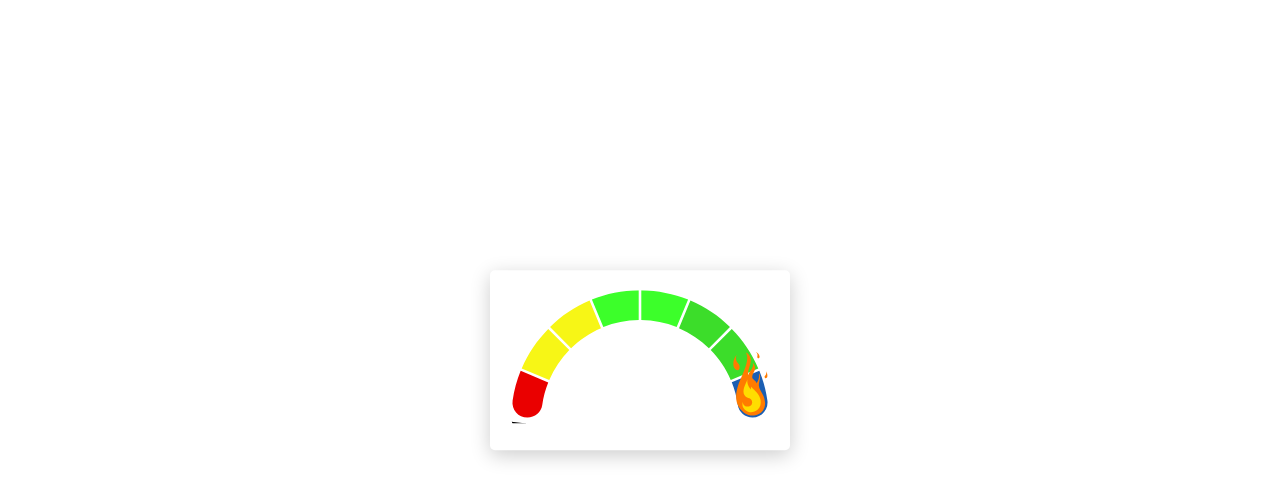
Repository: shubhampirate/TIAA_Retirement_hackathon
Page: /
The author's editor kept a copy of each file at every save. The page is drawn from the files as they stood at one save, then again after the next save.
The browser window is 1280 px wide. The pictures show the whole page.
The project was rebuilt for these pictures with package versions that can differ from the ones it lists, and the page was loaded fresh each time. Also part of the build but not shown: src/Components/CustomButton.jsx, src/Components/Navbar.jsx, src/Components/Properties.jsx, src/Components/Footer.jsx, src/Components/Hero.jsx, src/pages/Sign_In.jsx, src/Components/listItems.jsx, src/Components/Deposits.jsx and 3 more.

Above is the page before, as saved 2023-11-15 15:23:06.

### src/index.css
@import url("https://fonts.googleapis.com/css2?family=Poppins:wght@400;500;700&display=swap");

* {
  margin: 0;
  padding: 0;
  box-sizing: border-box;
  font-family: "Poppins", sans-serif;
}

body {
  margin: 0;
  -webkit-font-smoothing: antialiased;
  -moz-osx-font-smoothing: grayscale;
}

code {
  font-family: source-code-pro, Menlo, Monaco, Consolas, "Courier New",
    monospace;
}

### src/App.jsx
import Hero from "./Components/Hero";
import SignIn from "./pages/Sign_In";
import Dashboard from "./Components/Dashboard";
import GaugeChart from "./Components/GaugeChart"


function App() {
  return (
    <>
      {/* <Hero /> */}
      {/* <SignIn/> */}
      {/* <Dashboard /> */}
      <GaugeChart />
    </>
  );
}

export default App;

### src/Components/GaugeChart.jsx
import React, { useEffect } from 'react';

const GaugeChart = () => {
  const GaugeChart_SetPercent = (el, _perc) => {
    el.dataset.percent = _perc;
    console.log(el.querySelector(".text"));
  };

  const GaugeChart_BehaviorInit = () => {
    document.querySelectorAll(".gauge-box").forEach(function (el, index) {
      GaugeChart_Animate(el);
      return;
    });
  };

  const GaugeChart_Animate = (el) => {
    var pointer = el.querySelector(".pointer");

    if (!pointer) return;

    console.log("OK");
    var percent_deg = 1.8;
    if (el.dataset.percent) {
      var _perc = parseInt(el.dataset.percent);
      var _percFrom = 0;
      var percent_deg_style = _perc * percent_deg - 90;
      if (percent_deg_style < -90) percent_deg_style = -90;
      if (percent_deg_style > 90) percent_deg_style = 90;

      pointer.style.transform = "rotateZ(-90deg)";

      var indicator_index;

      for (var i = 0; i < 7; i++) {
        var piece_percent = 100 / 8;
        if (CheckBetween(_perc, piece_percent * i, piece_percent * (i + 1))) {
          indicator_index = i + 1;
          console.log(indicator_index + 1);
          break;
        }
      }

      var piece_sel = el.querySelector(".p-" + indicator_index);
      if (piece_sel) {
        piece_sel.classList.add("selected");
      }

      setInterval(function () {
        pointer.style.transform = "rotateZ(" + percent_deg_style + "deg)";
        if (_perc >= 87.5) {
          el.querySelector(".flame-gauge").classList.add("active");
        } else {
          el.querySelector(".flame-gauge").classList.remove("active");
        }
      }, 100);
    }
  };

  const CheckBetween = (num, min, max) => {
    if (num >= min && num < max) {
      return true;
    }
    return false;
  };

  useEffect(() => {
    GaugeChart_BehaviorInit();
  }, []);

  return (
    <div style={{ position: 'absolute', maxWidth: '80%', top: '50%', left: '50%', width: '300px', transform: 'translate(-50%, -50%)', boxShadow: '0px 5px 20px rgba(0,0,0,0.2)', padding: '20px', borderRadius: '5px' }}>
      <div className="gauge-box" data-percent='88'>
        <svg version="1.1" style={{ maxHeight: '100%', maxWidth: '100%' }} className="gauge-meter-chart" xmlns="http://www.w3.org/2000/svg" xmlnsXlink="http://www.w3.org/1999/xlink" x="0px"
          y="0px" viewBox="0 0 100 51" style={{ enableBackground: 'new 0 0 100 51' }} xmlSpace="preserve">
          <g className="meter">
            <path className="p1" fill="#EA0000" d="M4.1,31C2.6,34.6,1.6,38.5,1,42.4C0.5,45.9,3.2,49,6.7,49h0c2.8,0,5.3-2,5.7-4.8c0.4-3,1.2-6,2.3-8.7L4.1,31z"/>
            <path className="p-2" fill="#F7F616" d="M14.7,14.9c-4.3,4.4-7.8,9.5-10.2,15.2l10.6,4.4c1.9-4.3,4.5-8.2,7.7-11.5L14.7,14.9z"/>
            <path className="p-3" fill="#F7F616" d="M30.6,4c-5.7,2.4-10.9,5.9-15.2,10.2l8.1,8.1c3.3-3.2,7.2-5.9,11.5-7.7L30.6,4z"/>
            <path className="p-4" fill="#3CFF2A" d="M49.5,0c-6.3,0.1-12.4,1.3-18,3.6l4.4,10.6c4.2-1.7,8.8-2.6,13.6-2.7V0z"/>
            <path className="p-5" fill="#3CFF2A" d="M68.5,3.6c-5.6-2.2-11.6-3.5-18-3.6v11.5c4.8,0.1,9.4,1,13.6,2.7L68.5,3.6z"/>
            <path className="p-6" fill="#3CDD2A" d="M84.6,14.2C80.3,9.9,75.1,6.4,69.4,4L65,14.6c4.3,1.9,8.2,4.5,11.5,7.7L84.6,14.2z"/>
            <path className="p-7" fill="#3CDD2A" d="M95.5,30.1c-2.4-5.7-5.9-10.9-10.2-15.2L77.2,23c3.2,3.3,5.9,7.2,7.7,11.5L95.5,30.1z"/>
            <path className="p-8" fill="#1B5EB2" d="M99,42.4c-0.6-4-1.6-7.8-3.1-11.4l-10.6,4.4c1.1,2.8,1.9,5.7,2.3,8.7C88,47,90.5,49,93.3,49h0C96.8,49,99.5,45.9,99,42.4z"/>
          </g>
          <path className="pointer" d="M51,47.3V18l1.7,0L50,13.1L47.3,18H49l0,29.3c-0.6,0.3-1,1-1,1.7c0,1.1,0.9,2,2,2s2-0.9,2-2C52,48.3,51.6,47.6,51,47.3z" />
          <g className="flame-gauge">
            <g className="flame">
              <path className="flame-orange" fill="#FF7B00" d="M89.9,31.3c-0.8,2.1-1.8,4-2.4,6.1s-0.8,4.4,0,6.5c0.5,1.3,1.4,2.4,2.5,3.2c1.1,0.8,2.5,1.2,3.8,1.1c1.3-0.1,2.7-0.8,3.5-1.9c0.6-0.9,0.9-2,0.8-3.1c-0.1-1.1-0.4-2.2-0.9-3.1c-0.6-1.1-1.4-2.2-1.5-3.5c0-0.8,0.3-1.6,0.4-2.4c0.2-0.8,0.2-1.7-0.3-2.4c0.2,1.5-0.2,3.1-1.1,4.3c0.3-0.3,0-0.9-0.3-1.1c-0.3-0.3-0.7-0.5-1-0.9c-0.4-0.5-0.2-1.3,0-1.8c0.3-0.6,0.6-1.1,0.8-1.8c0.2-1-0.2-2-0.9-2.6c0.4,0.8,0.1,1.8-0.4,2.5c-0.5,0.8-1.1,1.4-1.3,2.3c-0.4-2.1,1.3-4.1,1-6.2c-0.1-1-0.9-2.1-1.8-2.5c0.1,0.5,0.3,0.9,0.4,1.4c0.1,0.6,0,1.4-0.1,2C90.9,28.7,90.4,30,89.9,31.3z" />
              <path className="flame-yellow" fill="#FFDD00" d="M90.5,44.6c0.9,0.4,2.1,0.1,2.5-0.7s0-1.9-0.9-2.3c-0.3-0.1-0.6-0.2-0.9-0.3c-0.9-0.4-1.4-1.3-1.4-2.3c0-0.9,0.3-1.8,0.7-2.7c0.4-0.9,0.8-1.7,0.9-2.6c-0.4,1.6,0.1,3.3,1.3,4.5c0-0.4,0-0.7,0-1.1c0.8,0.7,1.6,1.5,2.3,2.3c0.7,0.9,1.2,1.8,1.4,2.9c0.2,1.3-0.1,2.8-1.2,3.7c-0.8,0.7-1.9,1-2.9,0.9c-1-0.1-2-0.7-2.5-1.6c-0.5-0.8-0.5-1.6-0.2-2.4C89.5,43.5,89.8,44.2,90.5,44.6z" />
            </g>
            <path className="f-p3" fill="#FF7B00" d="M98,33c0.1-0.2,0.3-0.3,0.4-0.5c0.2-0.4,0.3-0.9,0-1.3c0.4,0.4,0.6,1,0.6,1.6c0,0.3,0,0.6-0.2,0.8c-0.1,0.2-0.5,0.4-0.7,0.2C97.9,33.6,97.9,33.1,98,33z" />
            <path className="f-p2" fill="#FF7B00" d="M95.1,25.7c0-0.2,0.1-0.4,0.1-0.7c0-0.4-0.2-0.9-0.6-1.2c0.5,0.2,1,0.6,1.2,1.1c0.1,0.2,0.2,0.5,0.2,0.8c0,0.2-0.3,0.6-0.5,0.5C95.3,26.2,95.1,25.9,95.1,25.7z" />
            <path className="f-p1" fill="#FF7B00" d="M88.2,28.8c-0.2-0.4-0.6-0.8-0.9-1.2c-0.5-0.8-0.6-2-0.1-2.8c-0.8,1-1.3,2.2-1.3,3.5c0,0.6,0.1,1.3,0.5,1.8c0.3,0.4,1.2,0.9,1.6,0.5C88.4,30.2,88.4,29.2,88.2,28.8z" />
          </g>
        </svg>
      </div>
    </div>
  );
};

export default GaugeChart;

Loaded but not shown: public/index.html (common file); src/index.js (common file)

After the next save:
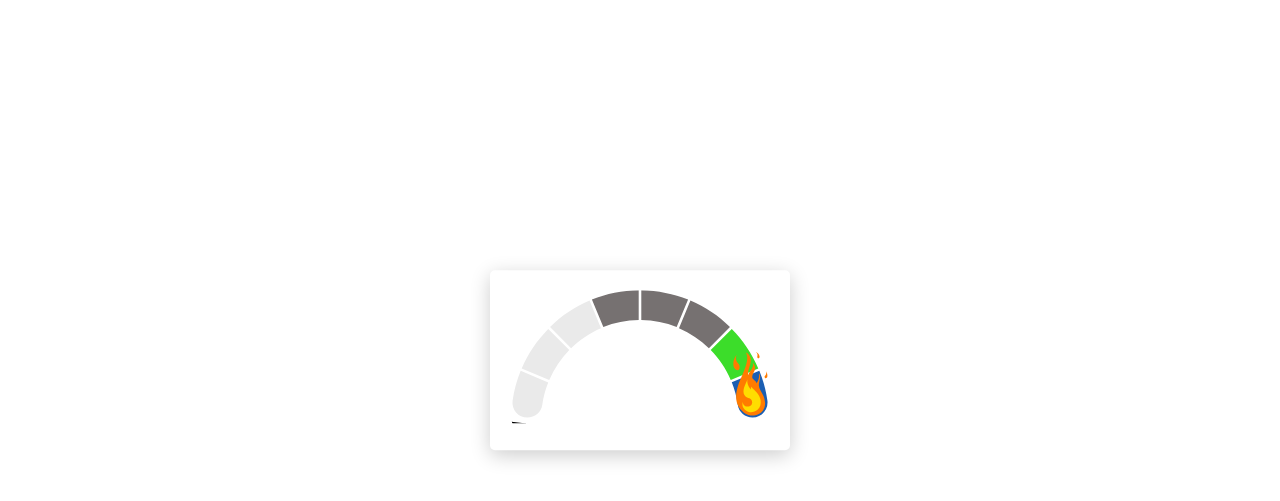
Saved 4 min 31 s later.
--- a/src/Components/GaugeChart.jsx
+++ b/src/Components/GaugeChart.jsx
@@ -73,12 +73,12 @@ const GaugeChart = () => {
         <svg version="1.1" style={{ maxHeight: '100%', maxWidth: '100%' }} className="gauge-meter-chart" xmlns="http://www.w3.org/2000/svg" xmlnsXlink="http://www.w3.org/1999/xlink" x="0px"
           y="0px" viewBox="0 0 100 51" style={{ enableBackground: 'new 0 0 100 51' }} xmlSpace="preserve">
           <g className="meter">
-            <path className="p1" fill="#EA0000" d="M4.1,31C2.6,34.6,1.6,38.5,1,42.4C0.5,45.9,3.2,49,6.7,49h0c2.8,0,5.3-2,5.7-4.8c0.4-3,1.2-6,2.3-8.7L4.1,31z"/>
-            <path className="p-2" fill="#F7F616" d="M14.7,14.9c-4.3,4.4-7.8,9.5-10.2,15.2l10.6,4.4c1.9-4.3,4.5-8.2,7.7-11.5L14.7,14.9z"/>
-            <path className="p-3" fill="#F7F616" d="M30.6,4c-5.7,2.4-10.9,5.9-15.2,10.2l8.1,8.1c3.3-3.2,7.2-5.9,11.5-7.7L30.6,4z"/>
-            <path className="p-4" fill="#3CFF2A" d="M49.5,0c-6.3,0.1-12.4,1.3-18,3.6l4.4,10.6c4.2-1.7,8.8-2.6,13.6-2.7V0z"/>
-            <path className="p-5" fill="#3CFF2A" d="M68.5,3.6c-5.6-2.2-11.6-3.5-18-3.6v11.5c4.8,0.1,9.4,1,13.6,2.7L68.5,3.6z"/>
-            <path className="p-6" fill="#3CDD2A" d="M84.6,14.2C80.3,9.9,75.1,6.4,69.4,4L65,14.6c4.3,1.9,8.2,4.5,11.5,7.7L84.6,14.2z"/>
+            <path className="p1" fill="#EAEAEA" d="M4.1,31C2.6,34.6,1.6,38.5,1,42.4C0.5,45.9,3.2,49,6.7,49h0c2.8,0,5.3-2,5.7-4.8c0.4-3,1.2-6,2.3-8.7L4.1,31z"/>
+            <path className="p-2" fill="#EAEAEA" d="M14.7,14.9c-4.3,4.4-7.8,9.5-10.2,15.2l10.6,4.4c1.9-4.3,4.5-8.2,7.7-11.5L14.7,14.9z"/>
+            <path className="p-3" fill="#EAEAEA" d="M30.6,4c-5.7,2.4-10.9,5.9-15.2,10.2l8.1,8.1c3.3-3.2,7.2-5.9,11.5-7.7L30.6,4z"/>
+            <path className="p-4" fill="#767171" d="M49.5,0c-6.3,0.1-12.4,1.3-18,3.6l4.4,10.6c4.2-1.7,8.8-2.6,13.6-2.7V0z"/>
+            <path className="p-5" fill="#767171" d="M68.5,3.6c-5.6-2.2-11.6-3.5-18-3.6v11.5c4.8,0.1,9.4,1,13.6,2.7L68.5,3.6z"/>
+            <path className="p-6" fill="#767171" d="M84.6,14.2C80.3,9.9,75.1,6.4,69.4,4L65,14.6c4.3,1.9,8.2,4.5,11.5,7.7L84.6,14.2z"/>
             <path className="p-7" fill="#3CDD2A" d="M95.5,30.1c-2.4-5.7-5.9-10.9-10.2-15.2L77.2,23c3.2,3.3,5.9,7.2,7.7,11.5L95.5,30.1z"/>
             <path className="p-8" fill="#1B5EB2" d="M99,42.4c-0.6-4-1.6-7.8-3.1-11.4l-10.6,4.4c1.1,2.8,1.9,5.7,2.3,8.7C88,47,90.5,49,93.3,49h0C96.8,49,99.5,45.9,99,42.4z"/>
           </g>
